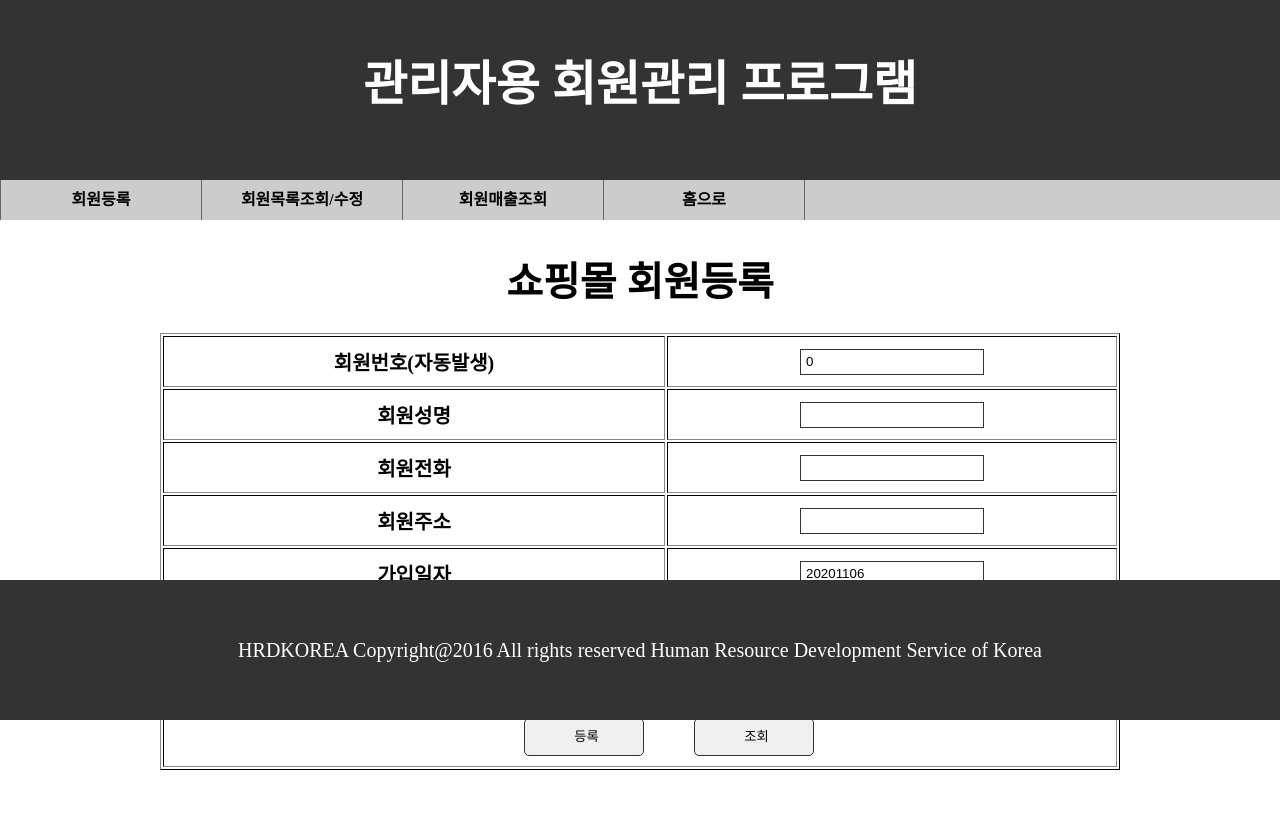
Repository: jsky1234/NCS
Page: http://localhost/HRD_1/memberIns.jsp
The author's editor kept a copy of each file at every save. The page is drawn from the files as they stood at one save, then again after the next save.
The browser window is 1280 px wide. The pictures show the whole page.
The page is served by Tomcat 9. Queries for data that is not in the repository find no rows.

Above is the page before, as saved 2020-11-11 11:03:34.
Console error: ReferenceError: form is not defined

### ncs1/HRD_1/WebContent/memberIns.jsp
<%@ page language="java" contentType="text/html; charset=UTF-8"
    pageEncoding="UTF-8"%>
<%@ page import="java.sql.PreparedStatement" %>
<%@ page import="java.sql.DriverManager" %>
<%@ page import="java.sql.Connection" %>
<%@ page import="java.sql.ResultSet" %>
<%@ page import="DBPKG.DBcon" %>
<%@ page import="java.util.*, java.text.*" %>
<%@ include file="admin_header.jsp" %>
<link rel="stylesheet" href="./css/table.css" />
<style>
.btn {display: block; float: left; width: 120px; line-height: 36px; text-align: center; margin-right: 25px; margin-left: 25px; border-radius: 5px ;}
.btn:first-child { margin-left: 350px;}
input, select { border: 1px solid #333; line-height: 24px; padding-left: 5px;}
</style>
<%@ include file="admin_nav.jsp" %>
<%
request.setCharacterEncoding("utf-8");

Connection conn = null;
PreparedStatement pstmt = null;
ResultSet rs;

Date date = new Date();
SimpleDateFormat simple = new SimpleDateFormat("yyyyMMdd");
String sdate = simple.format(date);

	try {
		conn = DBcon.getConnection();
		String sql = "SELECT * FROM member_tbl_02 ORDER BY custno DESC";
		pstmt = conn.prepareStatement(sql);
		rs = pstmt.executeQuery();

		int i = 0, num = 0;
		while(rs.next()) {
			num = rs.getInt("custno");
			i++;
			num++;
			if(i > 0) break;
		}
%>
<main class="content">
	<section class="page" id="page1">
		<h2 class="page_tit">쇼핑몰 회원등록</h2>
		<div class="main_help">
			<form name="register1" id="register1" action="memberInsPro.jsp" method="get">
				<table class="tb" border="1">
					<tbody>
						<tr>
							<th><label for="custno">회원번호(자동발생)</label></th>
							<td><input type="text" name="custno" id="custno" value="<%=num%>" /></td>
						</tr>
						<tr>
							<th><label for="custname">회원성명</label></th>
							<td><input type="text" name="custname" id="custname" /></td>
						</tr>
						<tr>
							<th><label for="phone">회원전화</label></th>
							<td><input type="text" name="phone" id="phone" /></td>
						</tr>
						<tr>
							<th><label for="address">회원주소</label></th>
							<td><input type="text" name="address" id="address" /></td>
						</tr>
						<tr>
							<th><label for="joindate">가입일자</label></th>
							<td><input type="text" name="joindate" id="joindate" value="<%=sdate%>" /></td>
						</tr>
						<tr>
							<th><label for="grade">고객등급(A:VIP, B:일반, C:직원)</label></th>
							<td>
								<select name="grade" id="grade">
									<option value="">선택안함</option>
									<option value="A">A</option>
									<option value="B">B</option>
									<option value="C">C</option>
								</select>
							</td>
						</tr>
						<tr>
							<th><label for="city">도시코드</label></th>
							<td><input type="text" name="city" id="city" /></td>
						</tr>
						<td colspan="2">
							<input class="btn" type="button" id="submit_btn" value="등록" />
							<input class="btn" type="button" id="search_btn" value="조회" />
						</td>
					</tbody>
				</table>
			</form>
			<script>
			var submit_btn = document.getElementById("submit_btn");
			var search_btn = document.getElementById("search_btn");
			var custname = form.custname
			var phone = form.address
			var grade = form.grade
			var city = form.city

			submit_btn.addEventListener("click", function(e){
				if(custname.value == "") {
					alert("회원성명이 입력되지 않았습니다.");
					custname.focus();
					return;
				}
				if(phone.value == "") {
					alert("전화번호가 입력되지 않았습니다.");
					phone.focus();
					return;
				}
				if(address.value == "") {
					alert("회원주소가 입력되지 않았습니다.");
					address.focus();
					return;
				}
				if(grade.value == "") {
					alert("회원등급이 선택되지 않았습니다.");
					grade.focus();
					return;
				}
				if(city.value == "") {
					alert("도시코드가 입력되지 않았습니다.");
					city.focus();
					return;
				}
				if(custname.value != "" && phone.value != "" && address.value != "" && grade.value != "" && city.value != "") {
					form.submit();
				}
			});

			search_btn.addEventListener("click", function(){
				location.href = memberSearch.jsp
			});
			</script>
		</div>
	</section>
</main>
<%
	} catch(Exception e) {
		System.out.println("ProductBean error : "+e);
	} finally {
		try {
			if(pstmt != null) pstmt.close();
			if(conn != null) conn.close();
		} catch(Exception e) {
			//핸들 에러 프린트
			System.out.println("DB Close error : "+e);
		}
	}
%>
<%@ include file="admin_footer.jsp" %>

### ncs1/HRD_1/WebContent/admin_header.jsp
<%@ page language="java" contentType="text/html; charset=UTF-8"
    pageEncoding="UTF-8"%>
<!DOCTYPE html>
<html>
<head>
<meta charset="UTF-8">
<link rel="stylesheet" href="./css/main.css" />
<title>관리자 모드</title>
</head>
<body>
<header class="hd">
	<h2 class="tit">관리자용 회원관리 프로그램</h2>
</header>

### ncs1/HRD_1/WebContent/admin_nav.jsp
<%@ page language="java" contentType="text/html; charset=UTF-8"
    pageEncoding="UTF-8"%>
<nav class="gnb">
	<ul>
		<li><a href="memberIns.jsp">회원등록</a></li>
		<li><a href="memberList.jsp">회원목록조회/수정</a></li>
		<li><a href="memberSearch.jsp">회원매출조회</a></li>
		<li><a href="admin.jsp">홈으로</a></li>
	</ul>
</nav>

### ncs1/HRD_1/WebContent/admin_footer.jsp
<%@ page language="java" contentType="text/html; charset=UTF-8"
    pageEncoding="UTF-8"%>
<footer class="ft">
	<div class="ft_wrap">
		<div class="admin_copy">
			<p class="copyright">HRDKOREA Copyright@2016 All rights reserved Human Resource Development Service of Korea</p>
		</div>
	</div>
</footer>
</body>
</html>

### ncs1/HRD_1/src/DBPKG/DBcon.java
package DBPKG;

import java.sql.Connection;
import java.sql.DriverManager;
import java.sql.SQLException;

public class DBcon {
	public static Connection getConnection() throws Exception{
		Class.forName("oracle.jdbc.OracleDriver");
		Connection con = DriverManager.getConnection("jdbc:oracle:thin:@//localhost:1521/xe", "system", "1234");
		return con;
	}
}

### ncs1/HRD_1/WebContent/css/main.css
@charset "UTF-8";

* { margin: 0; padding: 0; }
body, html { width: 100%; height: 100%; }
ul { list-style : none; }
a { text-decoration: none; }
button, label, input { outline: 0; border: 0;  }
img { border: 0; }
ol { padding: 30px; }

.hd { clear: both; min-height: 180px; background-color: #333; }
.tit { font-size: 48px; text-align: center; line-height: 140px; color: #fff; padding-top: 15px;}
.gnb { clear: both; height: 40px; background-color: #cccccc; }
.gnb li { float: left; min-width: 120px; width: auto; }
.gnb a { display:block; text-align: center; line-height: 40px; width: 200px; height: 40px; color: #000000; font-weight: 700; border-left: 1px solid #666666; }
.gnb li:last-child { border-right: 1px solid #666666; }

.page { clear: both; padding: 30px 0 30px 0; }
.page_tit { text-align: center; font-size: 40px; }
.item_tit1 { font-size: 24px; margin-top: 30px; }
.item_tit2 { font-size: 18px; margin-top: 40px;}

.ft { clear: both; position: absolute;  width: 100%; bottom: 0; min-height:80px; height: 140px; background-color: #333; }
.copyright { color: #fff; font-size: 20px; text-align: center; margin-top: 20px; line-height: 100px;}

### ncs1/HRD_1/WebContent/css/table.css
@charset "UTF-8";

.main_help { width: 960px; margin: 25px auto; font-size: 20px; }
.main_help ol { padding-top: 5px; }
.tb { display: table; border: 1; border-color: #333; width: 960px; text-align: center;}
.tb tr { display: table-row; }
.tb td, .tb th { display: table-cell; padding: 10px; }
.tb th { width: 480px; }
.tb td { font-size: 14px;}

After the next save:
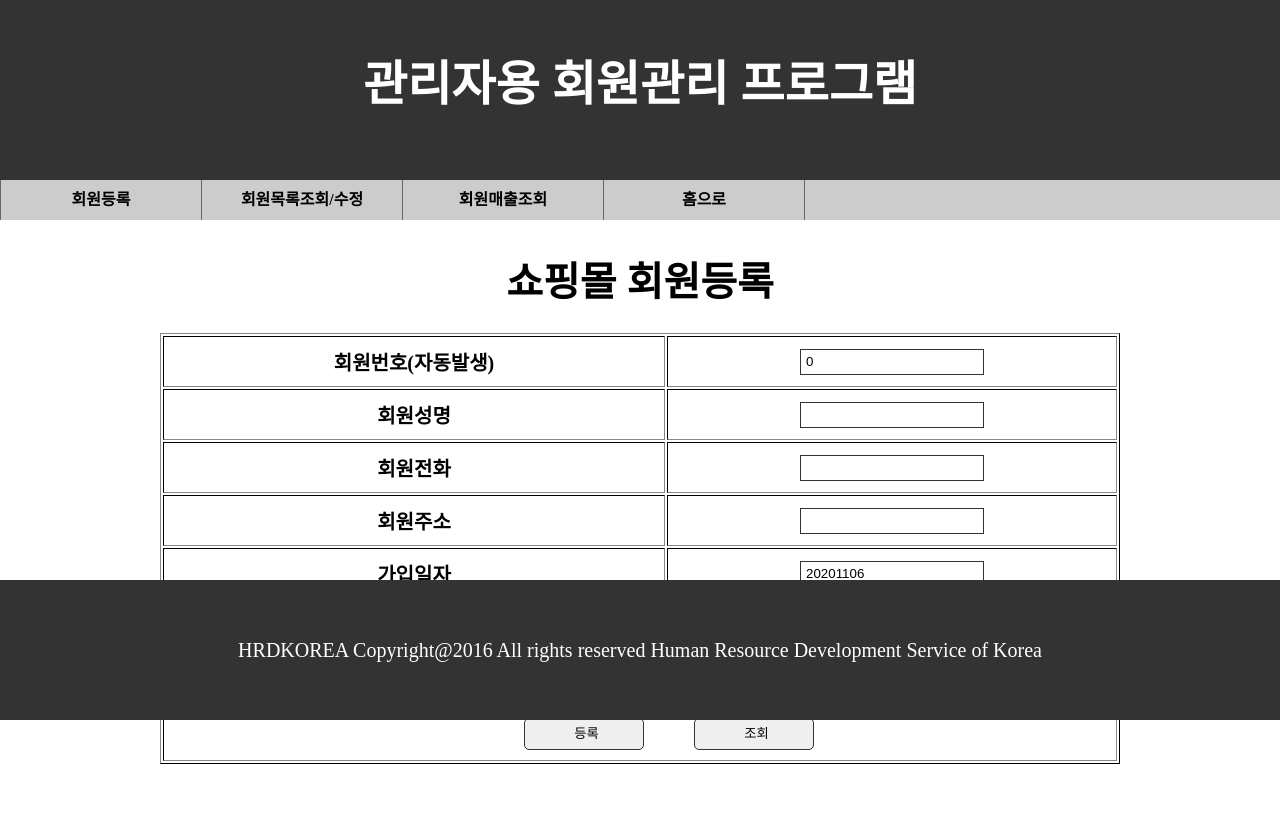
Saved 25 s later.
--- a/ncs1/HRD_1/WebContent/memberIns.jsp
+++ b/ncs1/HRD_1/WebContent/memberIns.jsp
@@ -9,7 +9,7 @@
 <%@ include file="admin_header.jsp" %>
 <link rel="stylesheet" href="./css/table.css" />
 <style>
-.btn {display: block; float: left; width: 120px; line-height: 36px; text-align: center; margin-right: 25px; margin-left: 25px; border-radius: 5px ;}
+.btn {display: block; float: left; width: 120px; line-height: 30px; text-align: center; margin-right: 25px; margin-left: 25px; border-radius: 5px ;}
 .btn:first-child { margin-left: 350px;}
 input, select { border: 1px solid #333; line-height: 24px; padding-left: 5px;}
 </style>
